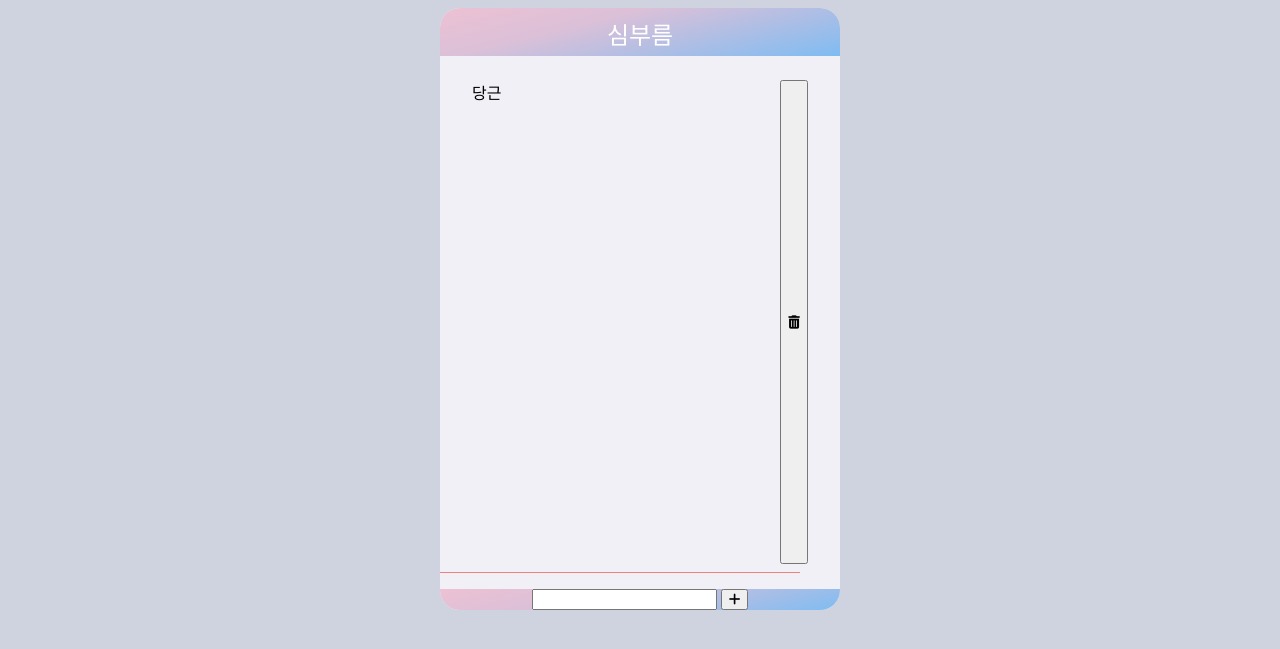
Repository: GoodHoneyCake/Dream_Coding_Academy5
Page: shopping_list/index.html
The author's editor kept a copy of each file at every save. The page is drawn from the files as they stood at one save, then again after the next save.
The browser window is 1280 px wide. The pictures show the whole page.
Some web libraries are served in a nearby version.

Above is the page before, as saved 2021-01-29 18:10:54.
Console error: TypeError: Cannot read properties of null (reading 'addEventListener')

After the next save:
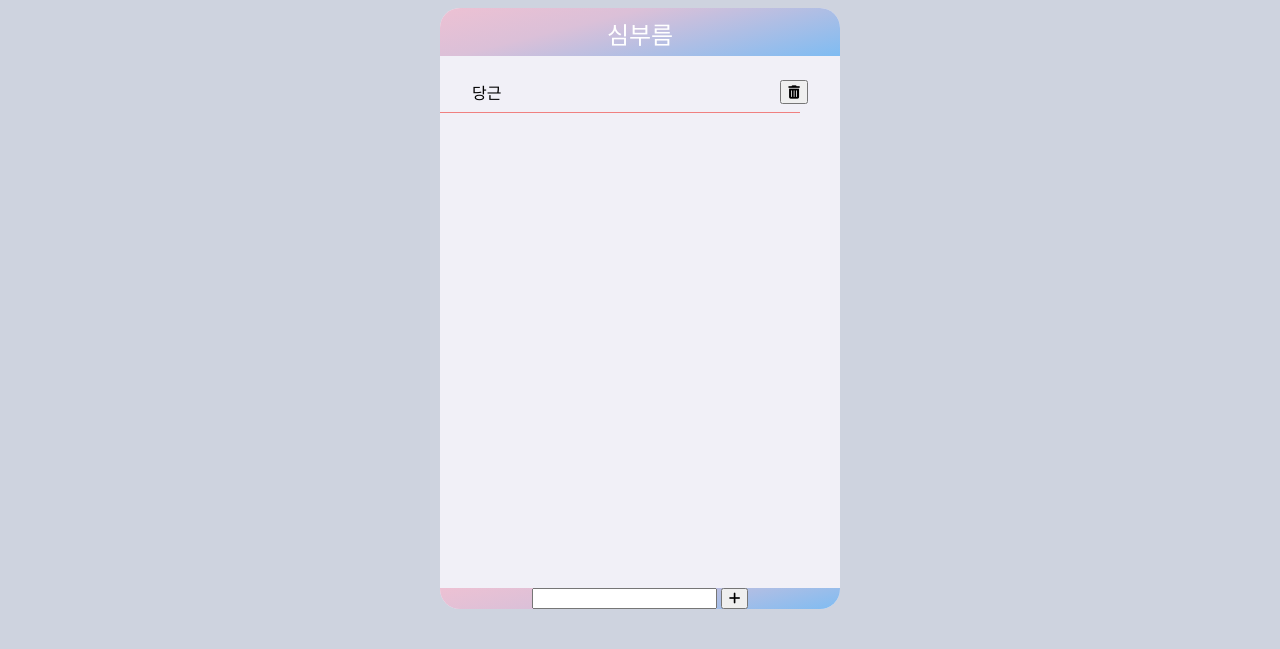
Saved 118 s later.
--- a/shopping_list/style.css
+++ b/shopping_list/style.css
@@ -34,7 +34,7 @@ body {
   color: white;
 }
 
-.item {
+.items {
   height: 500px;
   overflow-y: auto;
 }
